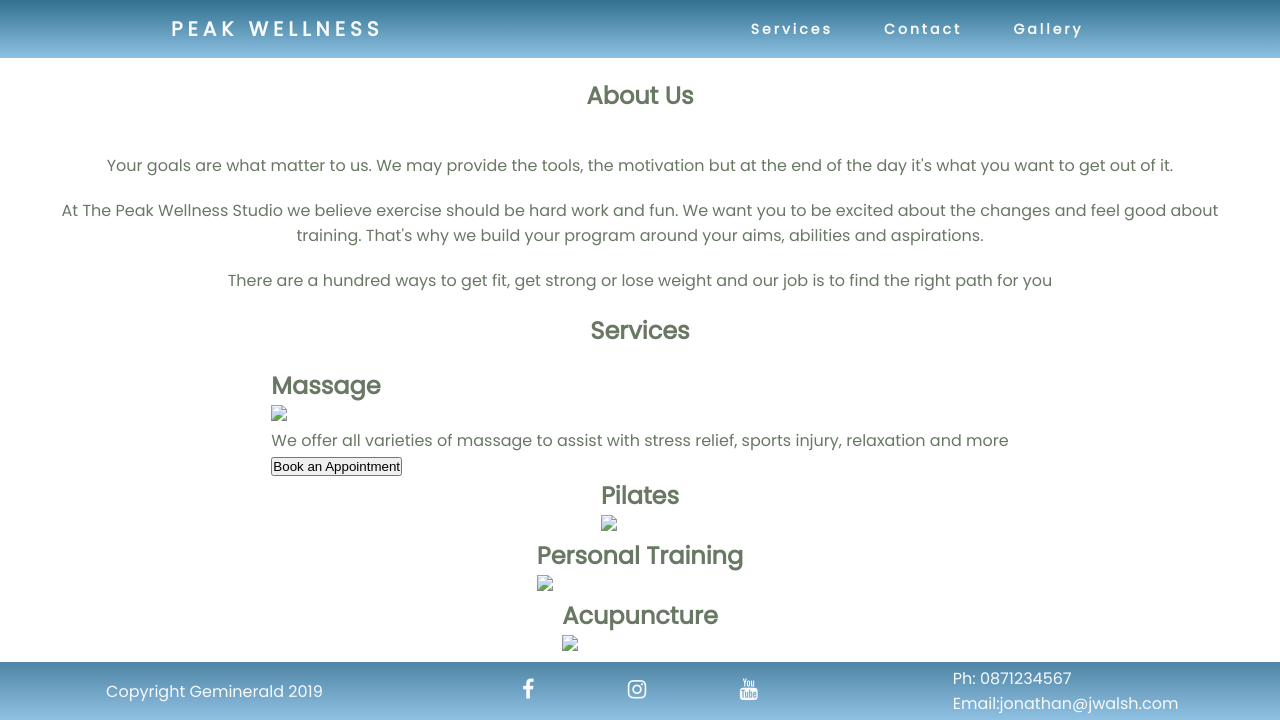
Repository: geminerald/peakwellness
Page: services.html
The author's editor kept a record of every edit. The page is drawn from the files as they stood at one moment, then again after the next edit.
The browser window is 1280 px wide. The pictures show the whole page.

Above is the page before.

After the next edit:
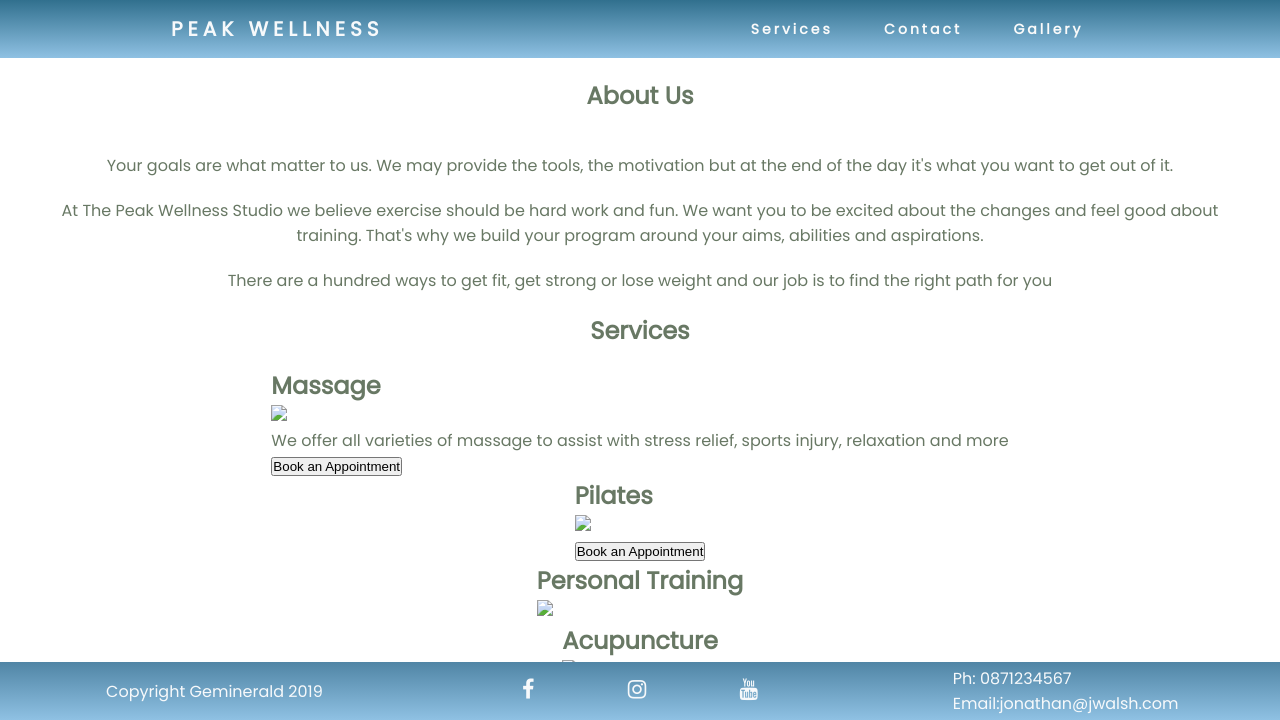
The edit:
--- a/services.html
+++ b/services.html
@@ -63,7 +63,7 @@
                 <div class="service">
                     <figure class="front">
                         <h2>Pilates</h2><img src="#"></figure>
-                    <figure class="back"></figure>
+                    <figure class="back"><p></p>                        <button href="contact.html">Book an Appointment</button></figure>
                 </div>
                 <div class="service">
                     <figure class="front">
